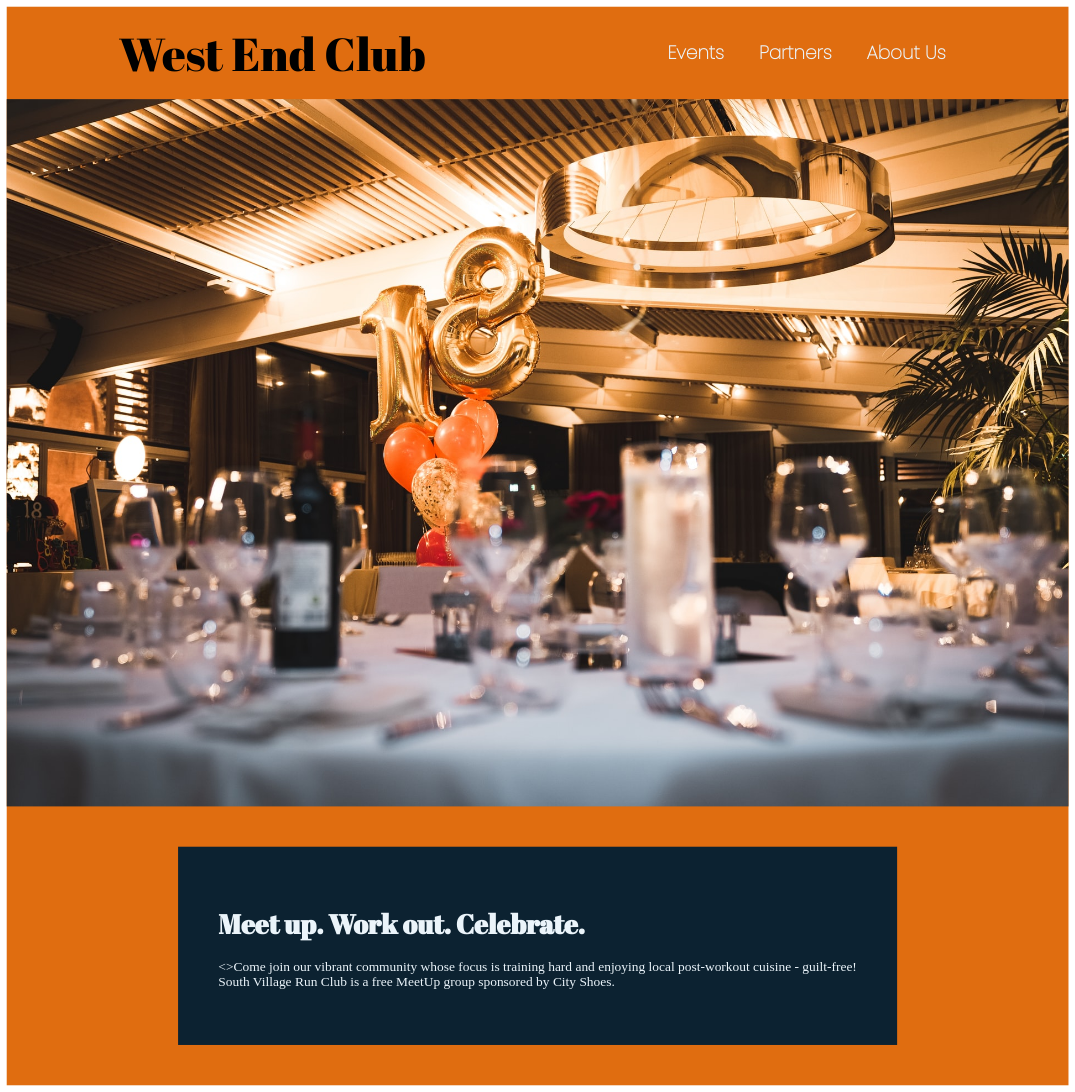
Repository: lastbronx41/lastbronx41.github.io
Page: starting/index.html
An editor plug-in stored every save of this project. The page is shown before and after the next save, followed by the edit.
The browser window is 1280 px wide. The pictures show the whole page, at 84% of full size.
Some web fonts or font styles are not loaded; a fallback is used.

Above is the page before, as saved 2022-07-19 04:42:08.

### starting/index.html
<!DOCTYPE html>

<html>
   <head>
      <meta charset="utf-8">
      <title>Our Club</title>
      <link rel="stylesheet" href="./styles.css" type="text/css">
      <link rel="preconnect" href="https://fonts.googleapis.com">
      <link rel="preconnect" href="https://fonts.gstatic.com" crossorigin>
      <link href="https://fonts.googleapis.com/css2?family=Abril+Fatface&family=Slabo+13px&family=Space+Mono&display=swap" rel="stylesheet">
      <link rel="preconnect" href="https://fonts.googleapis.com">
      <link rel="preconnect" href="https://fonts.gstatic.com" crossorigin>
      <link href="https://fonts.googleapis.com/css2?family=Abril+Fatface&family=Poppins:wght@100&family=Slabo+13px&family=Space+Mono&display=swap" rel="stylesheet">
   </head>

   <body>

      <div class="header">
         <div id="title">West End Club</div>
         <div>
            <ul class="links">
               <a href>
                  <li class="nav">Events</li>
               </a>
               <a href>
                  <li class="nav">Partners</li>
               </a>
               <a href>
                  <li class="nav">About Us</li>
               </a>
            </ul>
         </div>
      </div>

      <div id="cover-photo">
         <img src="./resources/cover-photo.jpg"/>
         <div class="main-text">
            <h1>Meet up. Work out. Celebrate.</h1>
               <>Come join our vibrant community whose focus is training hard and enjoying local post-workout cuisine - guilt-free!
               <br>
               South Village Run Club is a free MeetUp group sponsored by City Shoes.
               </p>

         </div>
      </div>



   </body>
</html>

### starting/styles.css
.header {
   display: flex;
   justify-content: space-around;
   background-color: #E06D10;
   align-items: center;
   padding: 1rem
}

#title {
   font-size: 55px;
   font-family: 'Abril Fatface', cursive;
}

.links, .links a {
   display: inline-flex;
   flex-wrap: wrap;
   justify-content: flex-end;
   list-style-type: none;
   gap: 1rem;
   text-decoration-line: none;
}

.nav {
   font-size: 22px;
   font-family: 'Poppins', sans-serif;
   font-weight: bolder;
   border-radius: 34%;
   padding: 0.4rem 0.8rem;
   color: #EBF4FA;
}

.nav:hover {
   color: #E06D10;
   background-color: black;
}

#cover-photo {
   display: flex;
   flex-direction: column;
   background-color: #E06D10;
}

#cover-photo img {
   max-width: 100%;
}
.main-text {
   background-color: #0C2231;
   color: #EBF4FA;
   margin: 3rem auto;
   padding: 3rem;
}

.main-text h1 {
   font-family: 'Abril Fatface', cursive;
}

.main-text p {
   font-family: 'Poppins', sans-serif;
   font-size: 18px;
   font-weight: bolder;
}

After the next save:
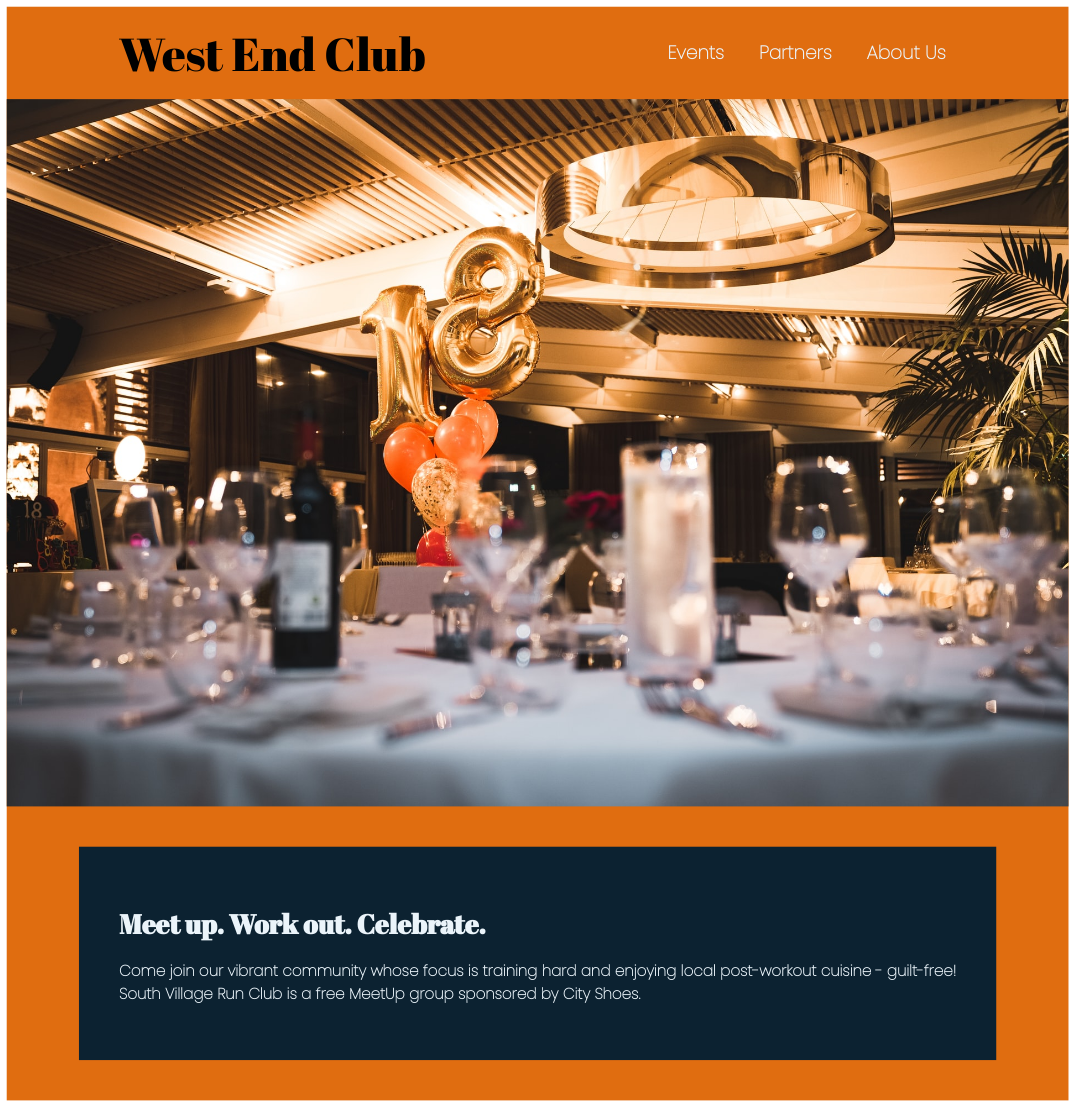
Saved 6 s later.
--- a/starting/index.html
+++ b/starting/index.html
@@ -36,7 +36,7 @@
          <img src="./resources/cover-photo.jpg"/>
          <div class="main-text">
             <h1>Meet up. Work out. Celebrate.</h1>
-               <>Come join our vibrant community whose focus is training hard and enjoying local post-workout cuisine - guilt-free!
+               <p>Come join our vibrant community whose focus is training hard and enjoying local post-workout cuisine - guilt-free!
                <br>
                South Village Run Club is a free MeetUp group sponsored by City Shoes.
                </p>
